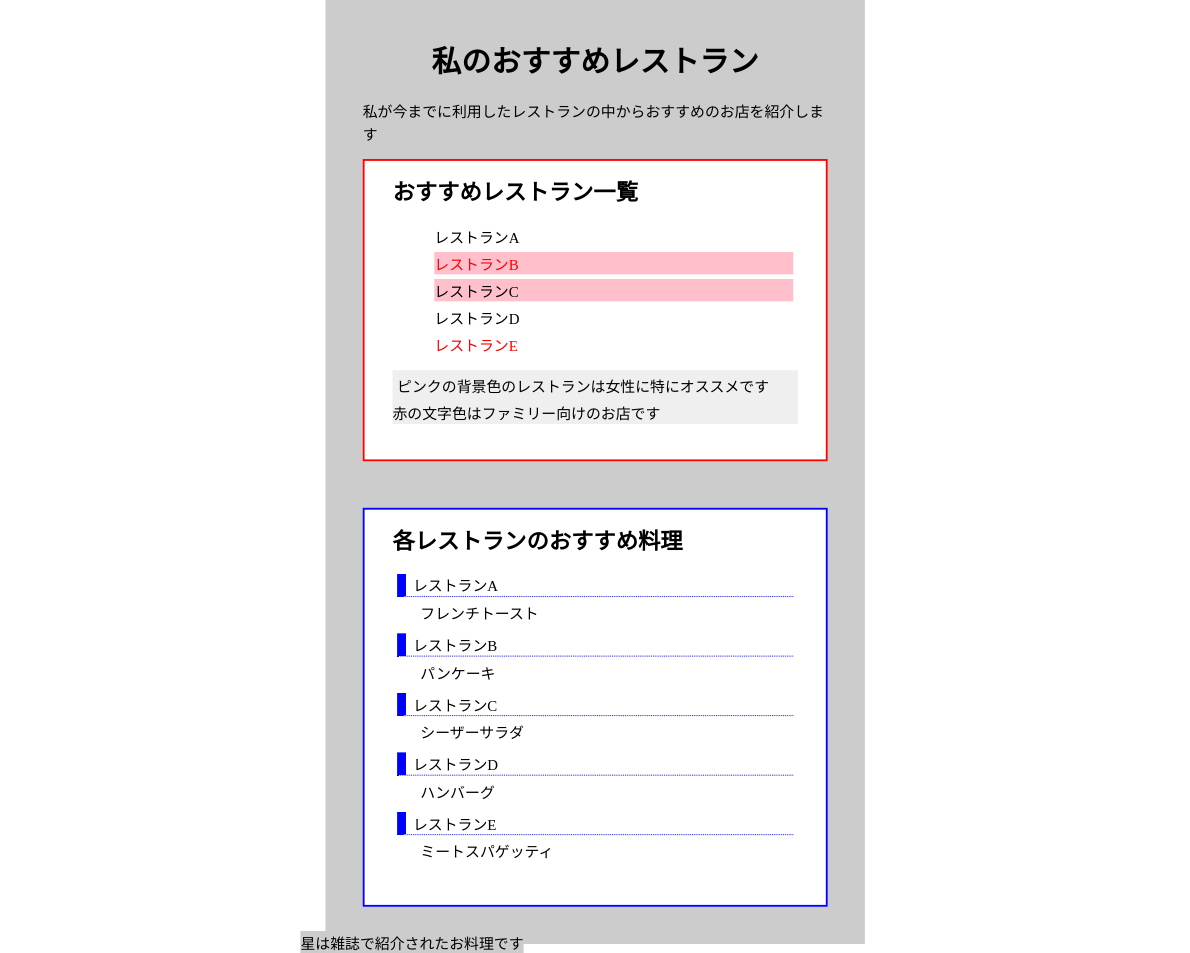
Repository: tsubasa2/restaurant
Page: 2021.2.html
The author's editor kept a record of every edit. The page is drawn from the files as they stood at one moment, then again after the next edit.
The browser window is 1280 px wide. The pictures show the whole page, at 93% of full size.

Above is the page before.

After the next edit:
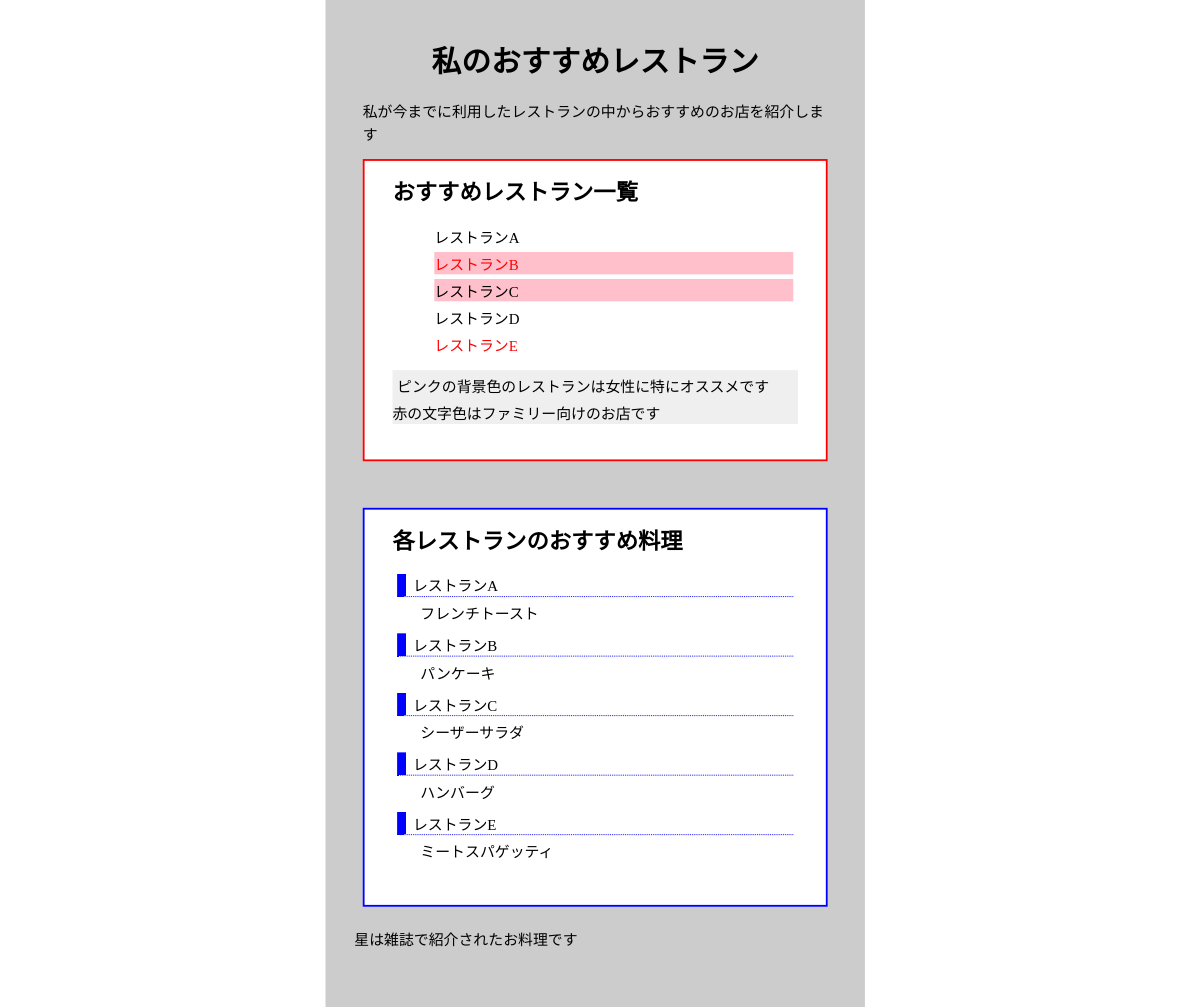
The edit:
--- a/style.css
+++ b/style.css
@@ -79,10 +79,13 @@
 
 
 p#sentence {
-    background-color: #ccc;
-    position: absolute;
-    left: 323px;
-    top: 985px;
+    background-color: #cccccc47;
+    padding: 6px;
+    margin-left: -15px;
+    width: 416px;
+    /*position: absolute;*/
+    /*left: 323px;*/
+    /*top: 985px;*/
 }
 
 #food ul {
